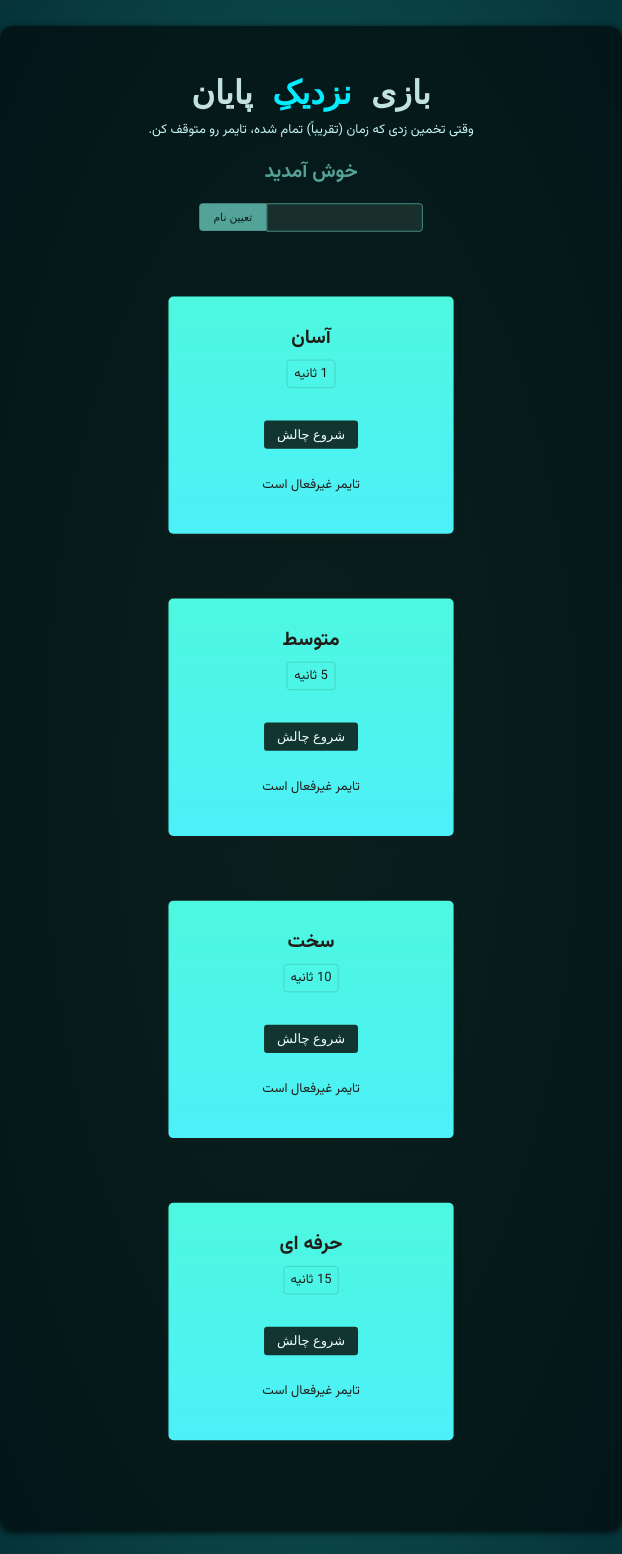
Repository: H-ala/react-near-end
Page: /
These files come from the project's save history. The page is drawn as it stood at one moment and after a run of saves; the edit follows.
The browser window is 768 px wide. The pictures show the whole page, at 81% of full size.
The project was rebuilt for these pictures with package versions that can differ from the ones it lists, and the page was loaded fresh each time. Also part of the build but not shown: vite.config.js.

Above is the page before, as saved 2025-10-21 20:02:50.

### index.html
<!DOCTYPE html>
<html lang="en">

<head>
  <meta charset="UTF-8" />
  <link rel="icon" type="image/svg+xml" href="/vite.svg" />
  <meta name="viewport" content="width=device-width, initial-scale=1.0" />
  <title>Refs & Portals</title>
</head>

<body>
  <div id="modal"></div>
  <div id="content">
    <header>
      <h1>بازی <em>نزدیکِ</em> پایان</h1>
      <p>وقتی تخمین زدی که زمان (تقریباً) تمام شده، تایمر رو متوقف کن.</p>
    </header>
    <div id="root"></div>
  </div>
  <script type="module" src="/src/main.jsx"></script>
</body>

</html>

### src/App.jsx
import Player from "./components/Player.jsx";
import TimerChallenge from "./components/TimerChallenge.jsx";

function App() {
  return (
    <>
      <Player />
      <div id="challenges">
        <TimerChallenge title="آسان" targetTime={1} />
        <TimerChallenge title="متوسط" targetTime={5} />
        <TimerChallenge title="سخت" targetTime={10} />
        <TimerChallenge title="حرفه ای" targetTime={15} />
      </div>
    </>
  );
}

export default App;

### src/index.css
@import url("https://fonts.googleapis.com/css2?family=Vazirmatn:wght@400;700&display=swap");

* {
  box-sizing: border-box;
}

body {
  margin: 0;
  font-family: "Vazirmatn", sans-serif;
  -webkit-font-smoothing: antialiased;
  -moz-osx-font-smoothing: grayscale;
  background: radial-gradient(#186a5e, #053339);
  color: #e1eeeb;
  direction: rtl;
  min-height: 100vh;
}

#content {
  max-width: 60rem;
  margin: 2rem auto;
  padding: 2rem;
  background: radial-gradient(#0b201d, #021619);
  border-radius: 16px;
  box-shadow: 0 2px 8px rgba(0, 0, 0, 0.8);
}

h1 {
  font-family: "Handjet", monospace;
  text-align: center;
  text-transform: uppercase;
  color: #c1e2dd;
  text-shadow: 0 0 4px rgba(35, 34, 34, 0.4);
  font-size: 3.5rem;
  margin-bottom: 0.5rem;
}

h1 em {
  font-style: normal;
  color: #00eeff;
}

header p {
  font-size: 1.2rem;
  margin: 0;
  text-align: center;
  color: #c6f4f2;
}

#player {
  text-align: center;
}

#player h2 {
  color: #54a399;
}

#player p {
  display: flex;
  justify-content: center;
  align-items: center;
}

#player input {
  font: inherit;
  border: 1px solid #54a399;
  background-color: #192f2b;
  border-radius: 4px;
  border-top-left-radius: 0;
  border-bottom-left-radius: 0;
  padding: 0.25rem;
  color: #d1f0ec;
}

#player button {
  cursor: pointer;
  background-color: #54a399;
  border: 1px solid #54a399;
  padding: 0.55rem 1rem;
  color: #061e1a;
  border-top-left-radius: 4px;
  border-bottom-left-radius: 4px;
}

#player button:hover {
  background-color: #3c8379;
  border-color: #3c8379;
}

#challenges {
  max-width: 50rem;
  margin: 3rem auto;
  display: flex;
  flex-wrap: wrap;
  gap: 2rem;
}

.challenge {
  width: 22rem;
  display: flex;
  flex-direction: column;
  align-items: center;
  justify-content: center;
  padding: 2rem;
  margin: 2rem auto;
  background: linear-gradient(#4df8df, #4df0f8);
  color: #221c18;
  box-shadow: 0 2px 8px rgba(35, 34, 34, 0.6);
  border-radius: 6px;
}

.challenge button {
  margin-top: 1rem;
  padding: 0.5rem 1rem;
  border: none;
  border-radius: 4px;
  background: #12352f;
  color: #edfcfa;
  font-size: 1.2rem;
  cursor: pointer;
}

.challenge button:hover {
  background: #051715;
}

.challenge h2 {
  font-size: 1.5rem;
  margin: 0;
  text-align: center;
  color: #221c18;
}

.challenge-time {
  border: 1px solid #46cebe;
  border-radius: 4px;
  padding: 0.25rem 0.5rem;
  margin: 0.5rem;
}

.challenge .active {
  animation: flash 1s infinite;
}

.result-modal {
  border: none;
  border-radius: 8px;
  padding: 2rem;
  background-color: #d7fcf8;
}

.result-modal[open] {
  animation: slide-in-from-top 0.35s ease-out;
}

.result-modal::backdrop {
  background: rgba(0, 0, 0, 0.9);
}

.result-modal h2 {
  font-family: "Handjet", monospace;
  margin: 0 0 0.25rem 0;
  font-size: 3rem;
  text-transform: uppercase;
}

.result-modal progress {
  width: 100%;
  height: 1.5rem;
  margin: 0;
  accent-color: #46cebe;
}

.result-modal p {
  margin: 0.5rem 0;
  font-size: 1.2rem;
}

.result-modal p strong {
  color: #10655b;
}

.result-modal form {
  text-align: right;
}

.result-modal button {
  margin-top: 1rem;
  padding: 0.5rem 1rem;
  border: none;
  border-radius: 4px;
  background: #12352f;
  color: #edfcfa;
  font-size: 1.2rem;
  cursor: pointer;
}

.result-modal button:hover {
  background: #051715;
}

@keyframes slide-in-from-top {
  0% {
    transform: translateY(-15%);
    opacity: 0;
  }
  100% {
    transform: translateY(0);
    opacity: 1;
  }
}

@keyframes flash {
  0% {
    opacity: 0.5;
  }
  50% {
    opacity: 1;
  }
  100% {
    opacity: 0.5;
  }
}

@media (max-width: 768px) {
  h1 {
    font-size: 2.5rem;
  }

  header p {
    font-size: 1rem;
  }

  #challenges {
    gap: 1rem;
  }

  /* .challenge h2 {
    font-size: 1.3rem;
  } */

  .challenge button {
    font-size: 1rem;
  }

  .result-modal h2 {
    font-size: 2rem;
  }

  .result-modal p {
    font-size: 1rem;
  }
}

@media (max-width: 480px) {
  #player input {
    width: 60%; /* کم کردن عرض ورودی */
    padding: 0.25rem;
    font-size: 0.9rem;
  }
  #player button {
    padding: 0.25rem 0.5rem; /* کوچکتر شدن دکمه */
    font-size: 0.9rem;
  }

  .challenge {
    padding: 1rem;
    margin: 1rem auto;
  }
}

### src/components/Player.jsx
import { useState, useRef } from "react";

export default function Player() {
  const playerName = useRef();
  const [enteredPlayerName, setEnteredPlayerName] = useState("");

  function handleClick() {
    setEnteredPlayerName(playerName.current.value);
    playerName.current.value = "";
  }

  return (
    <section id="player">
      <h2>خوش آمدید {enteredPlayerName ?? "unknown entity"}</h2>
      <p>
        <input
          ref={playerName}
          type="text"
        />
        <button onClick={handleClick}>تعیین نام</button>
      </p>
    </section>
  );
}

### src/components/TimerChallenge.jsx
import { useState, useRef } from "react";
import ResultModal from "./ResultModal";

export default function TimerChallenge({ title, targetTime }) {
  const timer = useRef();
  const dialog = useRef();

  const [timeRemaining, setTimeRemaining] = useState(targetTime * 1000);
  const timerIsActive = timeRemaining > 0 && timeRemaining < targetTime * 1000;

  if (timeRemaining <= 0) {
    clearInterval(timer.current);
    dialog.current.open();
  }

  function handleStart() {
    timer.current = setInterval(() => {
      setTimeRemaining((prevTimeRemaining) => prevTimeRemaining - 10);
    }, 10);
  }

  function handleReset() {
    setTimeRemaining(targetTime * 1000);
  }

  function handleStop() {
    clearInterval(timer.current);
    dialog.current.open();
  }

  return (
    <>
      <ResultModal
        ref={dialog}
        targetTime={targetTime}
        remainingTime={timeRemaining}
        onReset={handleReset}
      />
      <section className="challenge">
        <h2>{title}</h2>
        <p className="challenge-time">
          {targetTime} ثانیه
        </p>
        <p>
          <button onClick={timerIsActive ? handleStop : handleStart}>
            {timerIsActive ? "توقف" : "شروع"} چالش
          </button>
        </p>
        <p className={timerIsActive ? "active" : undefined}>
          {timerIsActive ? "زمان داره میگذره..." : "تایمر غیرفعال است"}
        </p>
      </section>
    </>
  );
}

### src/components/ResultModal.jsx
import { useImperativeHandle, useRef } from "react";
import { createPortal } from "react-dom";

export default function ResultModal({ ref, targetTime, remainingTime, onReset }) {
  const dialog = useRef();

  const userLost = remainingTime <= 0;
  const formattedRemainingTime = (remainingTime / 1000).toFixed(2);
  const score = Math.round((1 - (remainingTime / (targetTime * 1000))) * 100);

  useImperativeHandle(ref, () => {
    return {
      open() {
        dialog.current.showModal();
      },
    };
  });

  return createPortal(
    <dialog ref={dialog} className="result-modal" onClose={onReset}>
      {userLost && <h2>تو باختی!</h2>}
      {!userLost && <h2>امتیاز : {score}</h2>}
      <p>
        زمان تارگت <strong>{targetTime} ثانیه بود. </strong>
      </p>
      <p>
        زمان رو وقتی
        <strong> {formattedRemainingTime} ثانیه مونده بود متوقف کردی. </strong>
      </p>
      <form action="dialog" onSubmit={onReset}>
        <button>بستن</button>
      </form>
    </dialog>,
    document.getElementById("modal")
  );
}

Loaded but not shown: src/main.jsx (common file)

After the next 3 saves:
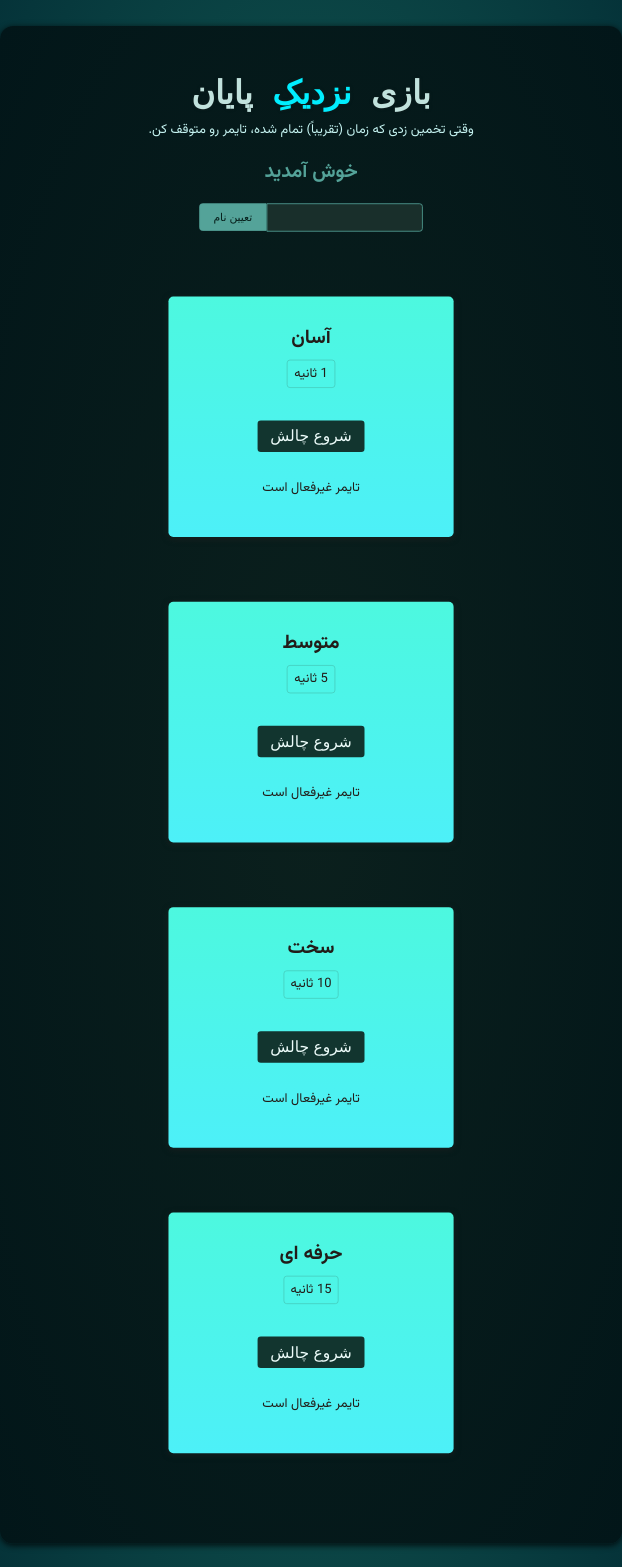
The 3 saves are shown as one change because they came seconds apart.
The last was saved 10 s later.
--- a/src/index.css
+++ b/src/index.css
@@ -234,14 +234,6 @@ header p {
     gap: 1rem;
   }
 
-  /* .challenge h2 {
-    font-size: 1.3rem;
-  } */
-
-  .challenge button {
-    font-size: 1rem;
-  }
-
   .result-modal h2 {
     font-size: 2rem;
   }
